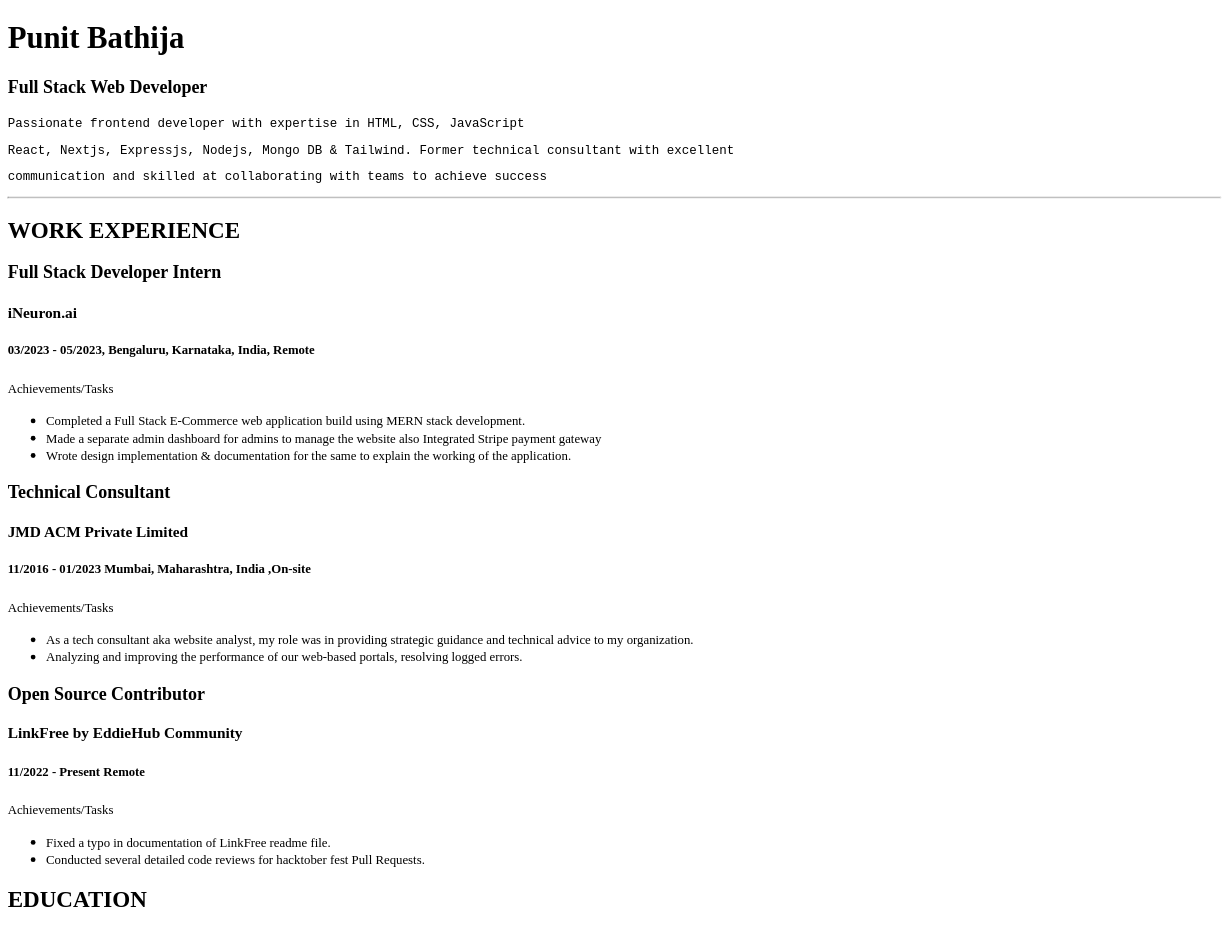
Repository: punitbathija/Placement-Assitance-iNeuron
Page: index.html
The author's editor kept a copy of each file at every save. The page is drawn from the files as they stood at one save, then again after the next save.
The browser window is 1280 px wide. The pictures show the whole page, at 96% of full size.

Above is the page before, as saved 2023-05-18 12:24:40.

After the next save:
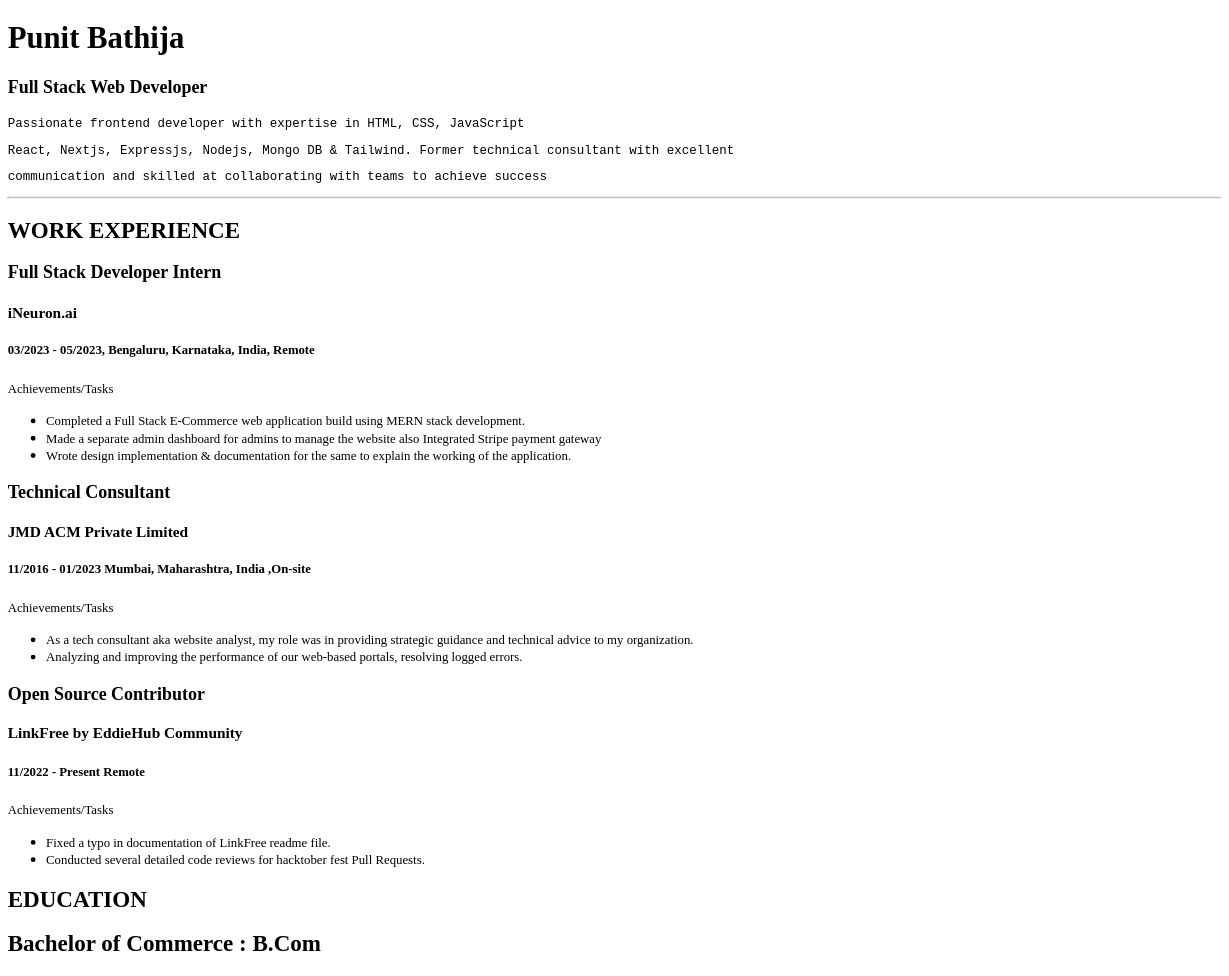
Saved 9 s later.
--- a/index.html
+++ b/index.html
@@ -92,7 +92,9 @@ communication and skilled at collaborating with teams to achieve success</pre
     </section>
     <section>
       <h1>EDUCATION</h1>
-      <div></div>
+      <div>
+        <h2>Bachelor of Commerce : B.Com</h2>
+      </div>
     </section>
   </body>
 </html>
